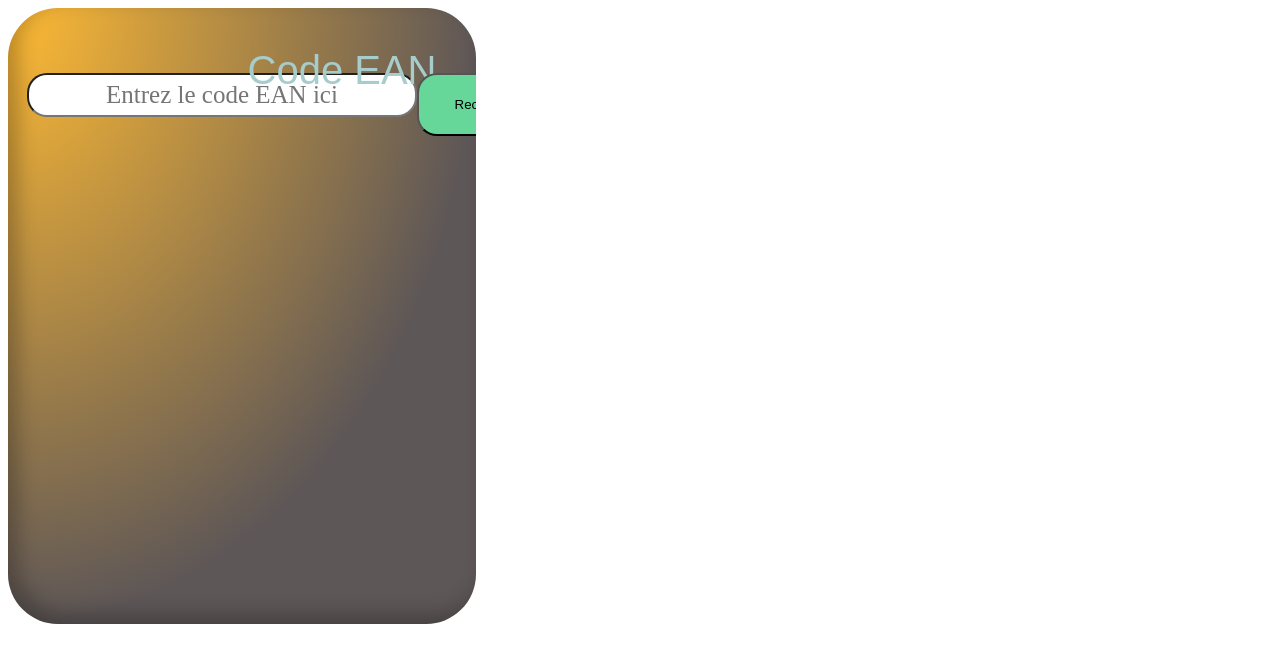
Repository: Zouz01/exo-toucan
Page: index.html
The author's editor kept a copy of each file at every save. The page is drawn from the files as they stood at one save, then again after the next save.
The browser window is 1280 px wide. The pictures show the whole page.

Above is the page before, as saved 2023-09-21 12:13:32.

After the next save:
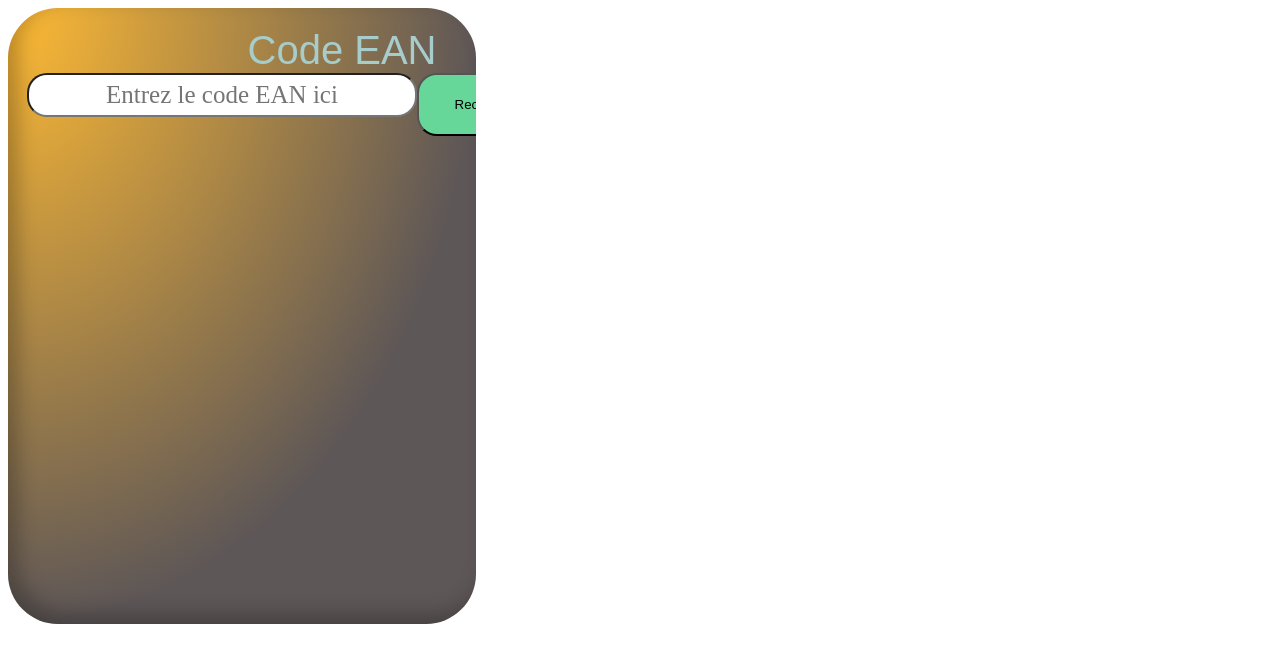
Saved 28 s later.
--- a/main.css
+++ b/main.css
@@ -28,7 +28,7 @@ body {
 /* position ecriture label*/
 label {
 
-    top: 20px;
+
     font-size: 40px;
     color: rgb(167, 204, 204);
    left: 120px;
